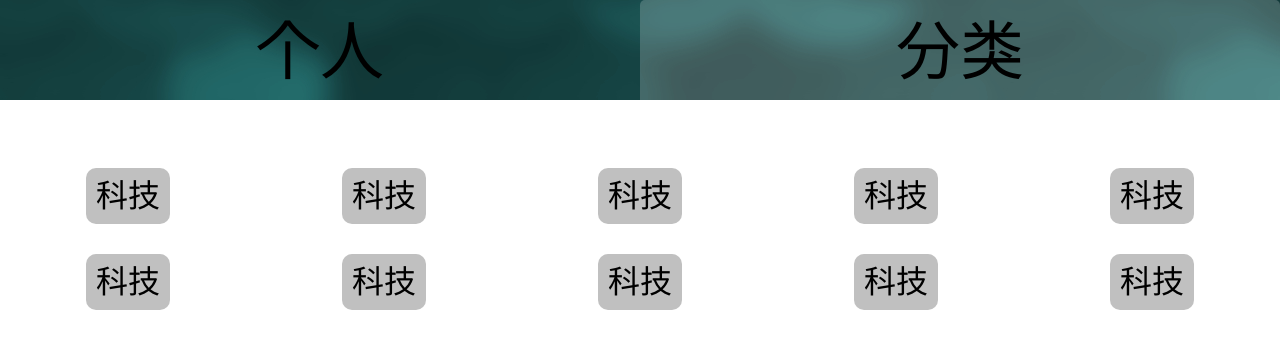
Repository: aoandxie/AoNews
Page: AoNews/WebContent/classify.html
These files come from the project's save history. The page is drawn as it stood at one moment and after the next save; the edit follows.
The browser window is 1280 px wide. The pictures show the whole page.

Above is the page before, as saved 2017-03-05 16:09:02.

### AoNews/WebContent/classify.html
<!DOCTYPE html>
<html>
	<head>
		<meta charset="UTF-8">
		<title>Ao News 首页</title>
		<link type="text/css" rel="stylesheet" href="common_style.css">
	</head>
	<body>
		<div class="Top">
			<ul><a href="faction.html">个人</a></ul>
			<ul class="Now"><a>分类</a></ul>
		</div>
		<div class="ClassBoxContainer">
			<div class="ClassBox"><a>科技</a></div>
			<div class="ClassBox"><a>科技</a></div>
			<div class="ClassBox"><a>科技</a></div>
			<div class="ClassBox"><a>科技</a></div>
			<div class="ClassBox"><a>科技</a></div>
			<div class="ClassBox"><a>科技</a></div>
			<div class="ClassBox"><a>科技</a></div>
			<div class="ClassBox"><a>科技</a></div>
			<div class="ClassBox"><a>科技</a></div>
			<div class="ClassBox"><a>科技</a></div>
		</div>
	</body>
</html>

### AoNews/WebContent/common_style.css
@CHARSET "UTF-8";
/* common set */
*{
	margin: 0;
	border: 0;
	padding: 0;
	font-family: Arial, Helvetica, sans-serif;
}

a{
	text-decoration: none;
	color: #000;
}

/* Login & Register */
.Canvas{
	position: fixed;
	background-image: url("back.jpg");
	width: 100%;
	height: 100%;
}

.Form{
	position: fixed;
	background-color: rgba(255,255,255,.2);
	left: 35%;
	top: 30%;
	border-radius: 5px;
	border-width: 2px;
	border-color: #000000;
	border-style: solid;
	padding: 1em;
	margin: 2em;
	z-index: 255;
}

.Form label{
	font-size: 2em;
	margin-right: 1em;
	z-index: 255;
}

.Form input{
	height: 2em;
	width: 60%;
	font-size: 1em;
	border-style: groove;
	border-width: 2px;
	border-color: #000000;
}

.LineLabel{
	border-bottom-style: solid;
	border-bottom-width: 2px;
	border-bottom-color: #000000;
}

.Button{
	text-align: center;
	margin: 1em;
}

/* Faction & classify */
.Top{
	height: 100px;
	background-image: url("back.jpg");
	width: 100%;
	text-align: center;
}

.Top ul a{
	display: block;
	position: relative;
	float: left;
	width: 50%;
	height: 100px;
	font-size: 4em;
	border-top-left-radius: 5px;
	border-top-right-radius: 5px;
}

.Now a{
	background-color: rgba(255,255,255,.2);
}

/* Faction */
.News{
	text-align: left;
	display: block;
	color: #201f35;
	border-radius: 5px;
	border-width: 2px;
	border-color: #555753;
	border-style: solid;
	width: 250px;
	margin: 5px;
}

.News:HOVER{
	background-color: #888a85;
}

.News a{
	font-size: 2em;
	margin: 5px;
}

.News a:CHECKED{
	color: #201f35;
}

/* Classify */
.ClassBoxContainer{
	position: relative;
	top: 50px;
	width: 100%;
	text-align: center;
}

.ClassBox{
	display: block;
	float: left;
	width: 20%;
	margin: 20px 0;
}

.ClassBox a{
	font-size: 2em;
	padding: 10px;
	border-radius: 10px;
	background-color: silver;
}

After the next save:
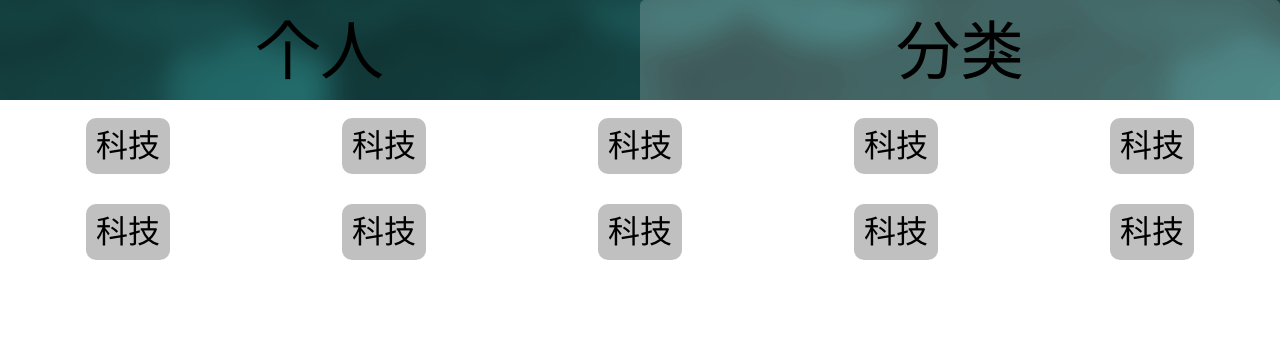
Saved 10 s later.
--- a/AoNews/WebContent/common_style.css
+++ b/AoNews/WebContent/common_style.css
@@ -111,8 +111,6 @@ a{
 
 /* Classify */
 .ClassBoxContainer{
-	position: relative;
-	top: 50px;
 	width: 100%;
 	text-align: center;
 }
